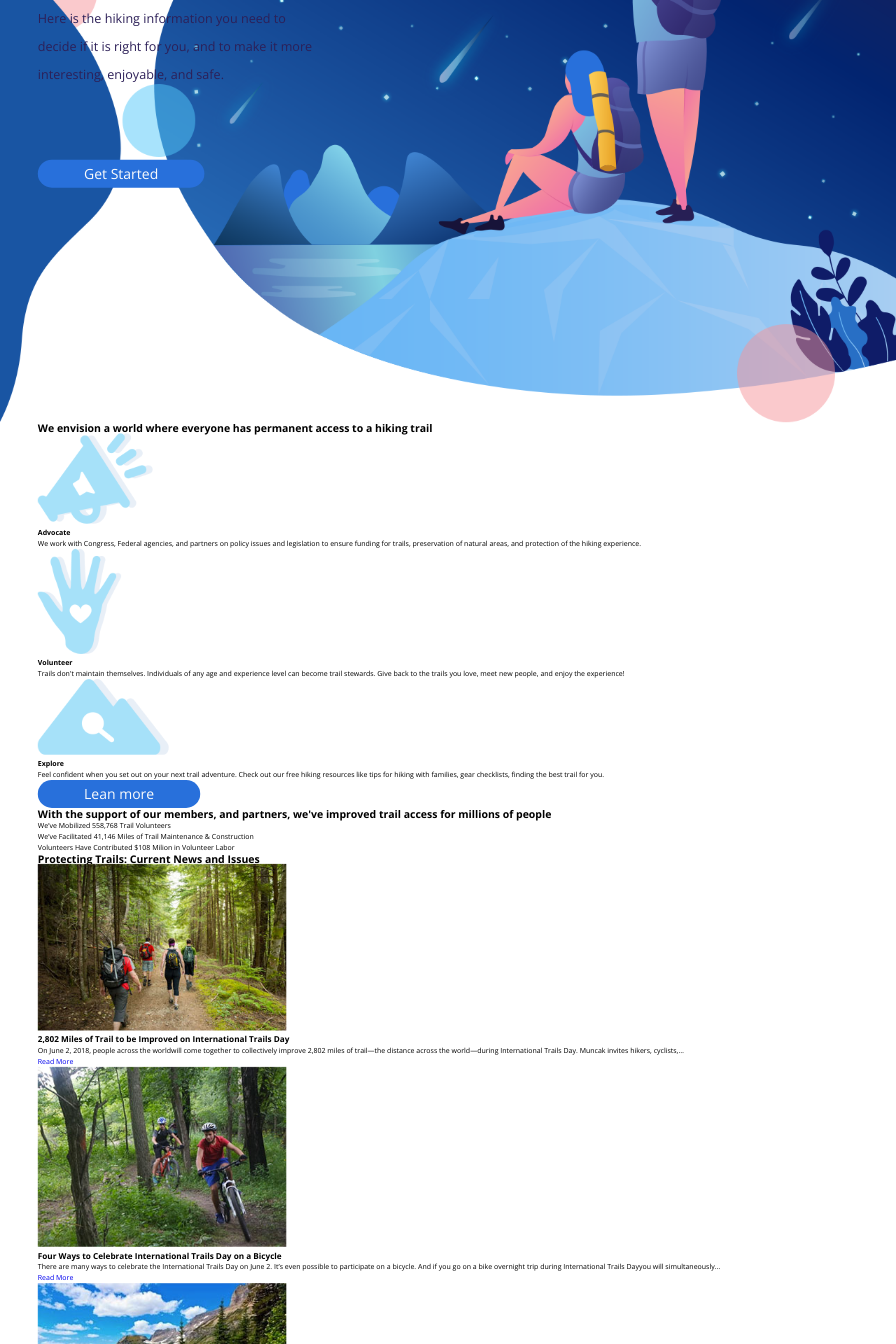
Repository: huubinh98/Project
Page: muncak/index.html
These files come from the project's save history. The page is drawn as it stood at one moment and after the next save; the edit follows.
The browser window is 1280 px wide. The pictures show the part of the page from y = 423 to 2343 px (the page is 3013 px tall before and 3053 px after), at 70% of full size.

Above is the page before, as saved 2021-08-28 16:44:30.

### muncak/index.html
<!DOCTYPE html>
<html lang="en">

<head>
    <meta charset="UTF-8">
    <meta http-equiv="X-UA-Compatible" content="IE=edge">
    <meta name="viewport" content="width=device-width, initial-scale=1.0">
    <link rel="stylesheet" href="./style.css">
    <link rel="preconnect" href="https://fonts.googleapis.com">
    <link rel="preconnect" href="https://fonts.gstatic.com" crossorigin>
    <link href="https://fonts.googleapis.com/css2?family=Open+Sans:wght@300;400;600;700&display=swap" rel="stylesheet">
    <title>Muncak</title>
</head>

<body>
    <header class="header">
        <div class="container header-nav">
            <h1 class="logo"><a href="" class="logo-link"><img src="./image/Muncak.png" alt="" class="logo-img"></a>
            </h1>
            <ul class="nav-list">
                <li class="nav-item">
                    <a href="" class="nav-item-link">Home</a>
                </li>
                <li class="nav-item">
                    <a href="" class="nav-item-link">Go Hiking</a>
                </li>
                <li class="nav-item">
                    <a href="" class="nav-item-link">About</a>
                </li>
                <li class="nav-item">
                    <a href="" class="nav-item-link nav-highlight">Login</a>
                </li>
            </ul>
        </div>
        <div class="container-small">
            <h1 class="heading-banner">Lets get the top of Moutain</h1>
            <p class="heading-desc">Here is the hiking information you need to decide
                if it is right for you, and to make it more interesting,
                enjoyable, and safe.</p>
            <a href="#" class="btn"> Get Started</a>
        </div>
    </header>
    <section class="about">
        <div class="container-small">
            <h2 class="heading-name">We envision a world where everyone
                has permanent access to a hiking trail</h2>
            <div class="about-item">
                <img src="./image/loa.png" alt="loa" class="about-img">
                <div class="about-content">
                    <h4 class="about-content-heading">Advocate</h4>
                    <p class="about-content-desc">We work with Congress, Federal agencies, and partners on policy issues
                        and legislation to ensure funding for trails, preservation of natural areas, and protection of
                        the hiking experience.</p>
                </div>
            </div>
            <div class="about-item">
                <img src="./image/bantay.png" alt="loa" class="about-img">
                <div class="about-content">
                    <h4 class="about-content-heading">Volunteer </h4>
                    <p class="about-content-desc">Trails don't maintain themselves. Individuals of any age and
                        experience level can become trail stewards. Give back to the trails you love, meet new people,
                        and enjoy the experience!</p>
                </div>
            </div>
            <div class="about-item">
                <img src="./image/nui.png" alt="loa" class="about-img">
                <div class="about-content">
                    <h4 class="about-content-heading">Explore</h4>
                    <p class="about-content-desc">Feel confident when you set out on your next trail adventure. Check
                        out our free hiking resources like tips for hiking with families, gear checklists, finding the
                        best trail for you.</p>
                </div>
            </div>
            <a href="" class="btn">Lean more</a>
        </div>
        <div class="container-small">
            <h2 class="heading-name">With the support of our members, and partners, we've improved trail access for millions of people</h2>
            <div class="customer-content">
                <p class="customer-text">We’ve Mobilized <span>558,768</span> Trail Volunteers</p>
                <p class="customer-text">We’ve Facilitated <span>41,146</span>
                    Miles of Trail Maintenance & Construction</p>
                <p class="customer-text">Volunteers Have Contributed <span>$108 Milion</span> in Volunteer Labor</p>
            </div>
        </div>
    </section>

    <!-- -----------new--------------- -->
    <section class="new">
        <div class="container-small">
            <h2 class="heading-name">Protecting Trails: Current News and Issues</h2>
            <div class="new-content">
                <div class="new-item">
                    <a href="#" class="new-item-link">
                        <img src="./image/pic1.jpg" alt="pic1" class="new-item-img">
                    </a>
                    <div class="new-item-text">
                        <h3 class="new-item-name">2,802 Miles of Trail to be Improved on International Trails Day</h3>
                        <p class="new-item-desc">On June 2, 2018, people across the worldwill come together to
                            collectively improve 2,802 miles of trail—the distance across the world—during International
                            Trails Day. Muncak invites hikers, cyclists,…</p>
                        <a href="#" class="new-item-link">Read More</a>
                    </div>
                </div>
                <div class="new-item">
                    <a href="#" class="new-item-link">
                        <img src="./image/pic2.jpg" alt="pic1" class="new-item-img">
                    </a>
                    <div class="new-item-text">
                        <h3 class="new-item-name">Four Ways to Celebrate International Trails Day on a Bicycle</h3>
                        <p class="new-item-desc">There are many ways to celebrate the International Trails Day on June 2. It’s even possible to participate on a bicycle. And if you go on a bike overnight trip during International Trails Dayyou will simultaneously…</p>
                        <a href="#" class="new-item-link">Read More</a>
                    </div>
                </div>
                <div class="new-item">
                    <a href="#" class="new-item-link">
                        <img src="./image/pic3.jpg" alt="pic1" class="new-item-img">
                    </a>
                    <div class="new-item-text">
                        <h3 class="new-item-name">Millennials are the Future of our Trails</h3>
                        <p class="new-item-desc">The smell of fresh dew is a welcome scent, as the crunch of my boots melds with the sound of the birds singing their morning song. It’s early and I am wearing layers, but it won’t be long until they are peeled away to adapt to the summer…</p>
                        <a href="#" class="new-item-link">Read More</a>
                    </div>
                </div>
            </div>
        </div>
    </section>

    <div class="contact-footer">
        <div class="container">
            <h5 class="contact-heading">Receive the latest updates on how to protect trails.
                Subscribe to the monthly edition of Paperless Trails.</h5>
            <form action="">
                <input type="text" name="Name" id="" class="form-input">
                <input type="text" name="Email" id="" class="form-input">
                <button type="submit">Subscribe</button>
            </form>
        </div>
        <footer class="footer container">
            <div class="footer-info">
                <div class="footer-item">
                    <h4>Contact US</h4>
                    <p>Muncak hiking society
                        8605 Second Ave.
                        Silver Spring, MD 20910</p>
                    <p>
                        <span>Info@muncak.org</span>
                        <span>1-301-565-6704 (Main)</span>
                        <span>1-800-972-8608 (Toll-free)</span>
                    </p>
                </div>
                <div class="footer-item">
                    <h4>About us</h4>
                    <ul>
                        <li>
                            <a href="">Our Mission</a>
                        </li>
                        <li>
                            <a href="">Our Team</a>
                        </li>
                        <li>
                            <a href="">Corporate Sponsors</a>
                        </li>
                        <li>
                            <a href="">Financials</a>
                        </li>
                        <li>
                            <a href="">Media Center</a>
                        </li>
                    </ul>
                </div>
                <div class="footer-item">
                    <h4>Our Programs</h4>
                    <ul>
                        <li>
                            <a href="">Hike The Hill</a>
                        </li>
                        <li>
                            <a href="">Volunteer Vacations</a>
                        </li>
                        <li>
                            <a href="">Alternative Break</a>
                        </li>
                    </ul>
                </div>
                <div class="footer-item">
                    <h4>support trails</h4>
                    <ul>
                        <li>
                            <a href="">Donate</a>
                        </li>
                        <li>
                            <a href="">Individual Membership</a>
                        </li>
                        <li>
                            <a href="">Gift membership</a>
                        </li>
                        <li>
                            <a href="">Hiker Store</a>
                        </li>
                    </ul>
                </div>
                <div class="footer-item">
                    <h4>hiking resources</h4>
                    <ul>
                        <li>
                            <a href="">Hikes Near You</a>
                        </li>
                        <li>
                            <a href="">Hiking 101</a>
                        </li>
                        <li>
                            <a href="">Muncak Blog</a>
                        </li>
                        <li>
                            <a href="">Hiking Organizations</a>
                        </li>
                    </ul>
                </div>
            </div>
            <ul class="socical">
                <li class="socical-item">
                    <a href="" class="socical-item-link">
                        <img src="./image/instar.png" alt="" class="socical-item-img">
                    </a>
                </li>
                <li class="socical-item">
                    <a href="" class="socical-item-link">
                        <img src="./image/facebook.png" alt="" class="socical-item-img">
                    </a>
                </li>
                <li class="socical-item">
                    <a href="" class="socical-item-link">
                        <img src="./image/tiwer.png" alt="" class="socical-item-img">
                    </a>
                </li>
            </ul>
        </footer>
    </div>
</body>

</html>

### muncak/style.css
* {
    margin: 0;
    padding: 0;
    box-sizing: border-box;
}

html {
    font-size: 62.5%;
    line-height: 1.6rem;
    font-family: 'Open Sans', sans-serif;
    scroll-behavior: smooth;
}

ul, li {
    list-style: none;
}

a {
    text-decoration: none;
}

.container {
    max-width: 1404px;
    width: 100%;
    margin: 0 auto;
}

.container-small {
    max-width: 1172px;
    width: 100%;
    margin: 0 auto;
}

.btn {
    font-size: 2rem;
    line-height: 4rem;
    color: #fbfcfc;
    background-color: #2870db;
    border-radius: 20px;
    display: inline-block;
    padding: 0 66px;
}

.header {
    margin: 0 auto;
    max-width: 1900px;
    height: 1026px;
    background-color: white;
    background-image: url(./image/backgroudleft1.png), url(./image/Muncak-Landing-Page.png);
    background-position: left bottom, right top;
    background-repeat: no-repeat, no-repeat;
}

.header-nav {
    display: flex;
    justify-content: space-between;
    padding-top: 85px;
}

.logo{

}
.logo-link{

}
.logo-img{

}
.nav-list{

}
.nav-item{
    display: inline-block;
}
.nav-item-link{
    font-size: 1.8rem;
    font-weight: 400;
    line-height: 3.6rem;
    color: #fff;
    padding: 0 36px;
    display: inline-block;
}

.nav-highlight {
    background-color: #fff;
    color: #14215e;
    border-radius: 14px;
}

.heading-banner {
    font-size: 5rem;
    line-height: 6rem;
    color: #1c2056;
    margin-top: 144px;
    max-width: 400px;
}

.heading-desc {
    font-size: 1.8rem;
    line-height: 4rem;
    color: #2d2058;
    max-width: 400px;
    margin-top: 43px;
    margin-bottom: 103px;
}

After the next save:
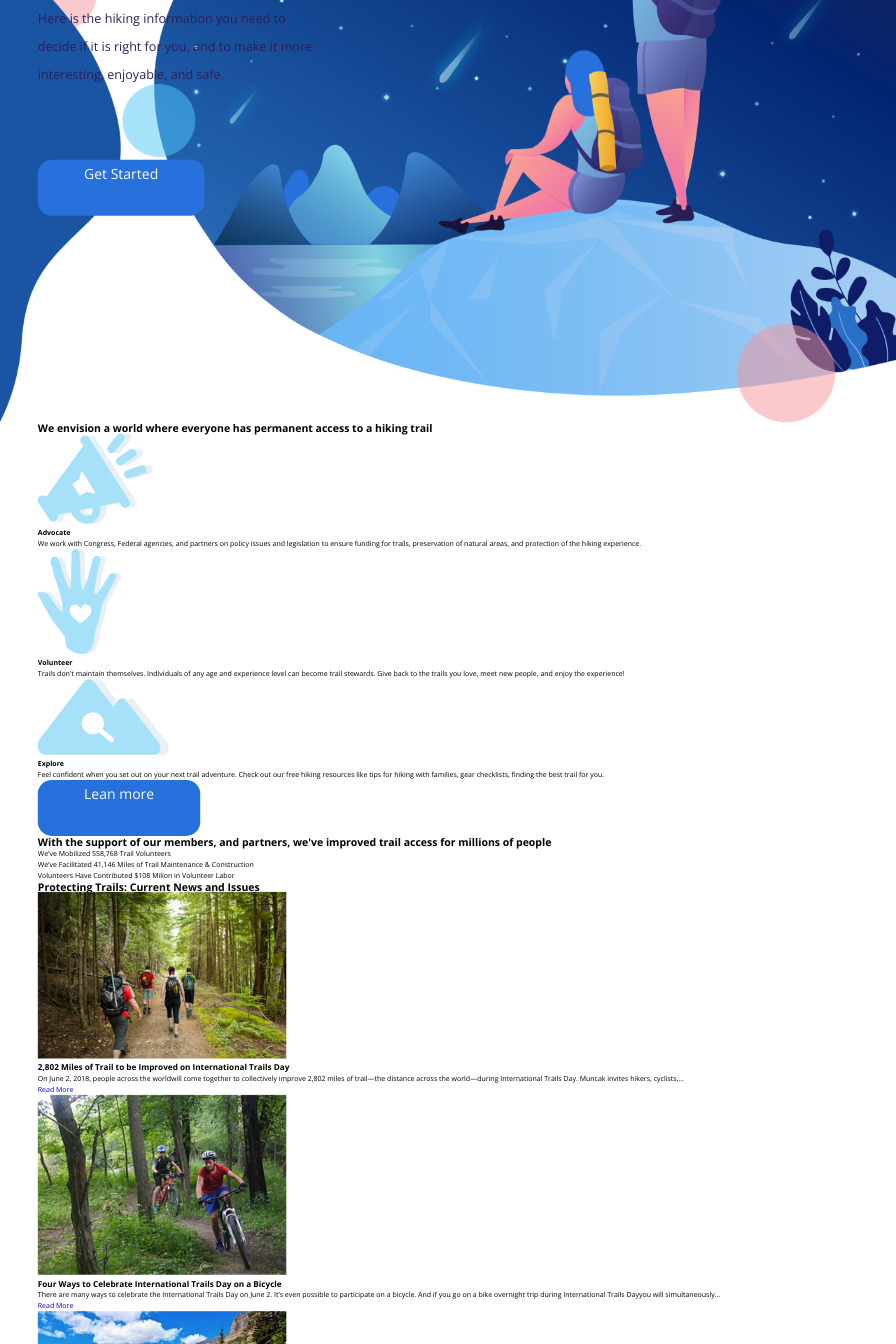
Saved 75 s later.
--- a/muncak/style.css
+++ b/muncak/style.css
@@ -39,6 +39,7 @@ a {
     border-radius: 20px;
     display: inline-block;
     padding: 0 66px;
+    height: 80px;
 }
 
 .header {
